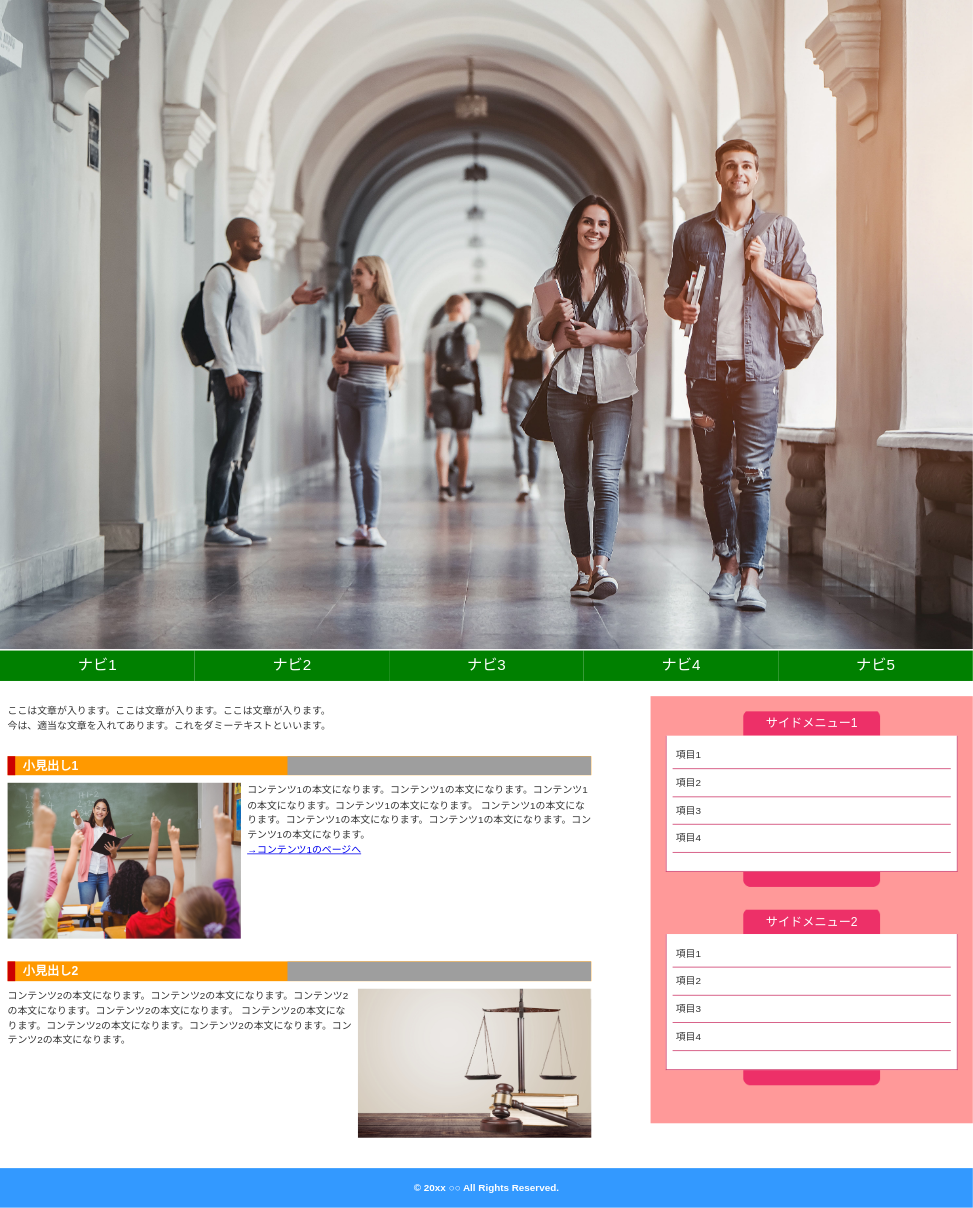
Repository: Yweb18/samurai_PHP
Page: index.html
The author's editor kept a record of every edit. The page is drawn from the files as they stood at one moment, then again after the next edit.
The browser window is 1280 px wide. The pictures show the whole page, at 76% of full size.
Pictures or frames that could not be fetched are drawn as grey boxes.

Above is the page before.

### index.html
<!DOCTYPE html>
<html lang="ja">
    <head>
        <meta charset="UTF-8">
        <title>HTML/CSSの学習</title>
        <link rel="stylesheet" href="stylesheet.css">
    </head>
    <body>
        <div id="header">
            <h1><a href="index.html"><img id="corridor" src="images/corridor.jpg" alt="大学の廊下" /></a></h1>
        </div>
        <div id="wrapper">
            <div id="nav">
                <ul>
                    <li><a href="home.html">ナビ1</a></li>
                    <li><a href="#">ナビ2</a></li>
                    <li><a href="#">ナビ3</a></li>
                    <li><a href="#">ナビ4</a></li>
                    <li><a href="#">ナビ5</a></li>
                </ul>
            </div>
           <div id="container">
            <div id="main">
                <div class="post">
                    <p>ここは文章が入ります。ここは文章が入ります。ここは文章が入ります。<br />今は、適当な文章を入れてあります。これをダミーテキストといいます。</p>
                    </div>
                <div class="post clearfix">
                    <h2>小見出し1</h2>
                    <img class="left" src="images/classroom.jpg" alt="授業風景" />
                    <p>
                        コンテンツ1の本文になります。コンテンツ1の本文になります。コンテンツ1の本文になります。コンテンツ1の本文になります。
                        コンテンツ1の本文になります。コンテンツ1の本文になります。コンテンツ1の本文になります。コンテンツ1の本文になります。
                    </p>
                    <p><a href="#">→コンテンツ1のページへ</a></p>
                </div>
                <div class="post clearfix">
                    <h2>小見出し2</h2>
                    <img class="right" src="images/scale.jpg" alt="天秤" />
                    <p>
                        コンテンツ2の本文になります。コンテンツ2の本文になります。コンテンツ2の本文になります。コンテンツ2の本文になります。
                        コンテンツ2の本文になります。コンテンツ2の本文になります。コンテンツ2の本文になります。コンテンツ2の本文になります。
                    </p>
                </div>
            </div>
            </div>
                 <div id="side">
                <div class="box">
                    <h2>サイドメニュー1</h2>
                    <div class="boxBody">
                        <ul>
                            <li>項目1</li>
                            <li>項目2</li>
                            <li>項目3</li>
                            <li>項目4</li>
                        </ul>
                    </div>
                </div>
                <div class="box">
                    <h2>サイドメニュー2</h2>
                    <div class="boxBody">
                        <ul>
                            <li>項目1</li>
                            <li>項目2</li>
                            <li>項目3</li>
                            <li>項目4</li>
                        </ul>
                    </div>
                </div>
            </div>

        </div>
        <div id="footer">
            <p>&copy; 20xx ○○ All Rights Reserved.</p>
        </div>
    </body>
</html>

### stylesheet.css
@charset "utf-8";

body {
	margin: 0;
	padding: 0;
	font-family: "ヒラギノ角ゴ Pro W3", "Hiragino Kaku Gothic Pro", "メイリオ", Meiryo, Osaka, "ＭＳ Ｐゴシック", "MS PGothic", sans-serif;
	color: #333;
	font-size: 13px;
	line-height: 150%;
}

/* -------------------- wrapper -------------------- */
#wrapper {
    width: 100%;
    margin: auto;
    padding: 0px;
    border: 0px;
    background-color: #FFF;
    top: 10px;
}

/* -------------------- header -------------------- */
 #header {
 	width: 100%;
 }
 #header h1 {
 	 margin: 0;
	 padding: 0;
 }

 #corridor {
	 width: 100%;
	 height: auto;
 }


 /* -------------------- footer -------------------- */
 #footer {
 	 clear: both;
 	 width: 100%;
 	 padding: 3px 0 3px 0;
 	 background: #39F;
 	 color: #FFF;
 	 font-weight: bold;
 	 text-align: center;
 }


 /* -------------------- nav -------------------- */
 #nav {
	 width: 100%;
 }
 #nav ul {
	 margin: 0;
	 padding: 0;
	 list-style-type: none;
 }
 #nav ul li {
	 float: left;
	 width: 20%;
	 text-align: center;
 }
 #nav ul li a {
	 display: block;
	 height: 20px;
	 margin: 0;
	 padding: 10px;
	 color: #FFF;
	 font-size: 20px;
	 text-decoration: none;
	 background-color: green;
 }


 /* -------------------- container -------------------- */
 #container {
	 width: 100%;
	 margin: auto ;
	 padding: auto;
	 padding-top: 20px;
	 clear: both;
 }
 /* -------------------- main -------------------- */
 #main {
	 float: left;
	 width: 60%;
	 padding: 10px 30px 10px 10px;
 }
 #main h2 {
	 margin: 0 0 10px 0;
	 padding: 3px 10px 3px 10px;
	 color: #FFF;
	 font-size: 16px;
	 border-left: solid 10px #C00;
	 background: #F90 url(../images/main_h2.jpg) right top repeat-y;
 }
 #main p {
	 margin: 0;
	 padding: 0;
 }
 #main .post {
	 margin: 0 0 30px 0;
 }

 #main .post img.right {
	 margin: 0 0 0 8px;
 }
 #main .post img.left {
	 margin: 0 8px 0 0;
 }

 .right {
	 float: right;
	 width: 40%;
	 height: auto;
 }
 .left {
	 float: left;
	 width: 40%;
	 height: auto;
 }

 /* -------------------- clearfix -------------------- */
 .clearfix {
	 zoom: 1;
 }
 .clearfix:after{
	 content: "";
	 display: block;
	 clear: both;
 }



 /* -------------------- side -------------------- */
 #side {
 	 float: right;
 	 width: 30%;
 	 padding: 20px;
 	 background-color: #F99;
 }
 #side .box {
 	 margin: 0 auto 30px auto;
 	 padding: 0 0 20px 0;
 	 background: url(images/side_box.png) bottom no-repeat;
 }
 #side .box h2 {
 	 margin: 0;
 	 padding: 8px;
 	 text-align: center;
 	 color: #fff;
 	 font-size: 16px;
 	 line-height: 16px;
 	 font-weight: normal;
 	 background: url(images/side_box_h2.png) center no-repeat;
 }
 #side .box .boxBody {
 	 padding: 8px;
 	 border-right: solid 1px #C36;
 	 border-bottom: solid 1px #C36;
 	 border-left: solid 1px #C36;
 	 background: #fff;
 }
 #side .box .boxBody ul {
 	 margin: 0 0 16px 0;
 	 padding: 0;
 }
 #side .box .boxBody ul li {
 	 padding: 8px 0 8px 4px;
 	 list-style: none;
 	 border-bottom: solid 1px #C36;
 }

After the next edit:
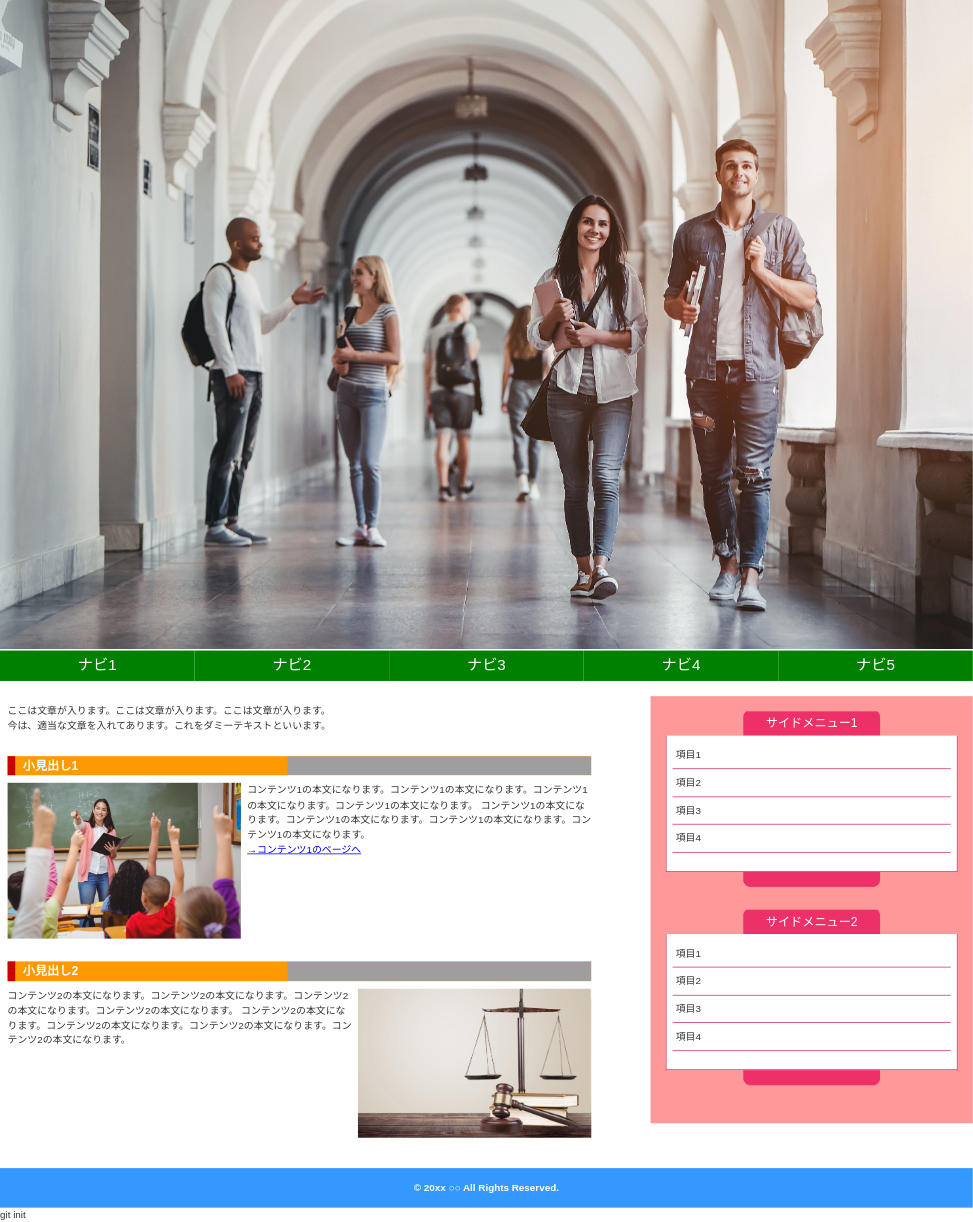
The edit:
--- a/index.html
+++ b/index.html
@@ -74,3 +74,6 @@
         </div>
     </body>
 </html>
+
+
+git init
